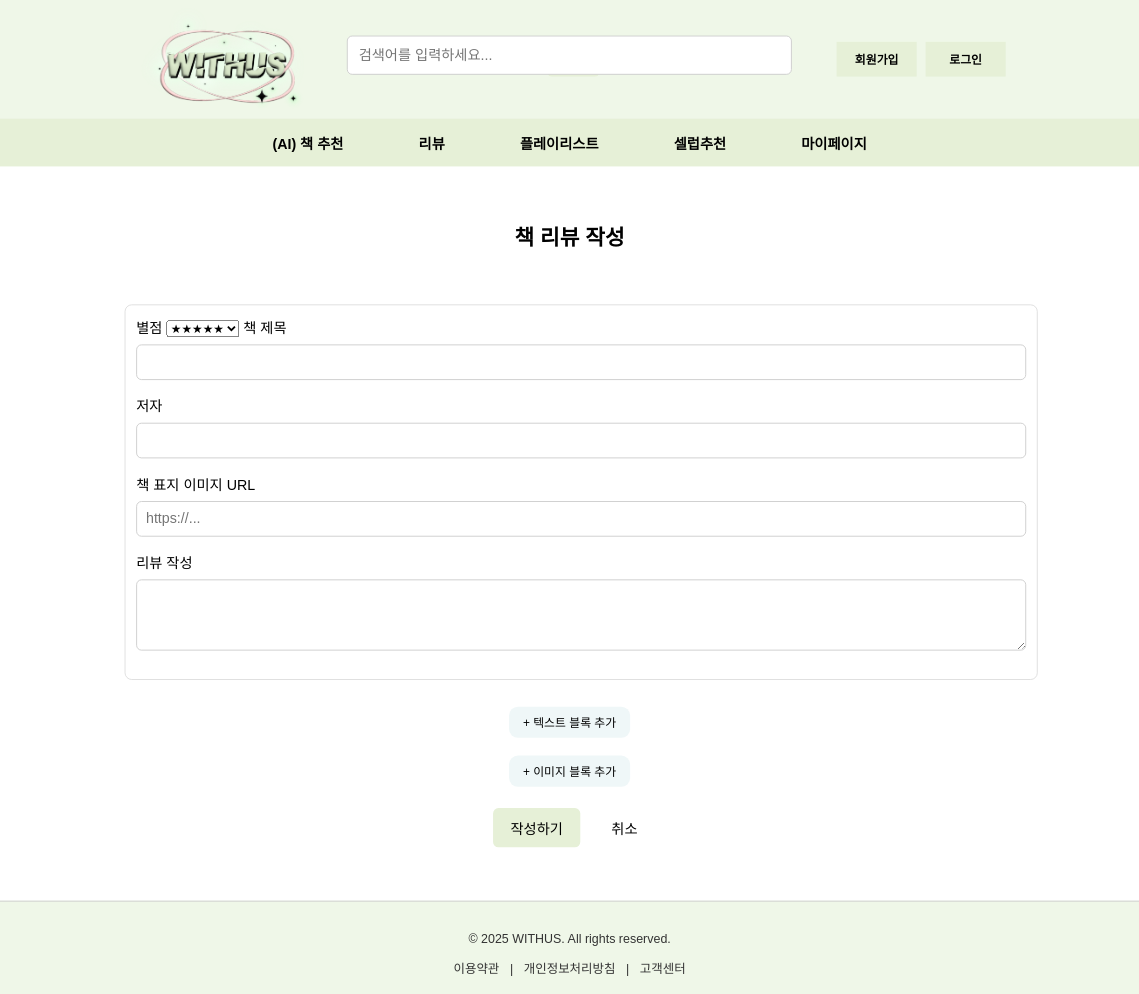
Repository: book-recommendation-team/book_recommendation_web_project
Page: http://localhost/2025_teamproject/reviewForm.jsp
These files come from the project's save history. The page is drawn as it stood at one moment and after the next save; the edit follows.
The browser window is 1280 px wide. The pictures show the whole page, at 89% of full size.
The page is served by Tomcat 9. Other server files are loaded and not shown.

Above is the page before, as saved 2025-07-04 03:37:11.

### 2025_teamproject/src/main/webapp/reviewForm.jsp
<%@ page contentType="text/html; charset=UTF-8" language="java"%>
<!DOCTYPE html>
<html>
<link rel="stylesheet"
	href="https://cdnjs.cloudflare.com/ajax/libs/font-awesome/6.5.0/css/all.min.css" />
<link rel="stylesheet" href="./css/celebList.css" />
<%@ include file="css/main_css.jsp"%>
<%@ include file="./main2.jsp"%>
<link rel="icon" href="img/icon2.png" type="image/x-icon">
<head>
<title>리뷰 작성</title>
<style>
body {
	font-family: 'Arial', sans-serif;
	margin: 0;
	padding: 0;
	background-color: #fff;
}

.container {
	max-width: 1000px;
	margin: 30px auto;
	padding: 0 16px;
}

h2 {
	text-align: center;
	margin: 60px;
}

input[type="text"], input[type="file"], textarea {
	box-sizing: border-box;
	width: 100%;
	padding: 10px;
	margin-top: 8px;
	margin-bottom: 16px;
	border: 1px solid #ccc;
	border-radius: 6px;
	font-size: 1rem;
}

.editor-block {
	width: 100%;
	border: 1px solid #ddd;
	padding: 12px;
	border-radius: 8px;
	margin-bottom: 12px;
	background-color: #fff;
}

.editor-block textarea {
	resize: vertical;
	min-height: 80px;
}

.editor-block input[type="file"] {
	background-color: #f4f4f4;
}

.button-box {
	text-align: center;
	margin-top: 24px;
}

.button-box button {
	padding: 10px 20px;
	font-size: 1rem;
	border: none;
	border-radius: 6px;
	margin-left: 10px;
	cursor: pointer;
}

.submit-btn {
	background-color: #e6f0d7;
	color: black;
}

.cancel-btn {
	background-color: #fff;
	color: black;
}

.add-block-btn {
	display: block;
	margin: 0 auto 20px;
	padding: 8px 16px;
	border-radius: 10px;
	background-color: #eff7f8;
	color: black;
	border: none;
	cursor: pointer;
}
</style>
</head>
<body>
	<div class="container">
		<h2>책 리뷰 작성</h2>
		<form action="submitReview" method="post"
			enctype="multipart/form-data">
			<div id="editor-area">
				<div class="editor-block">
					<label>별점</label> <select name="rating" required>
						<option value="5">★★★★★</option>
						<option value="4">★★★★☆</option>
						<option value="3">★★★☆☆</option>
						<option value="2">★★☆☆☆</option>
						<option value="1">★☆☆☆☆</option>
					</select>
					<label>책 제목</label> <input type="text" name="title" required>
					<label>저자</label> <input type="text" name="author" required>
					<label>책 표지 이미지 URL</label> <input type="text" name="coverImageUrl"
						placeholder="https://..." required> <label>리뷰 작성</label>
					<textarea name="reviewText" required></textarea>
				</div>
			</div>
		</form>
	</div>


	<!-- 블록 추가 버튼 -->
	<div style="text-align: center; margin-bottom: 20px;">
		<button type="button" class="add-block-btn"
			onclick="addEditorBlock('text')">+ 텍스트 블록 추가</button>
		<button type="button" class="add-block-btn"
			onclick="addEditorBlock('image')">+ 이미지 블록 추가</button>
	</div>

	<div class="button-box">
		<button type="submit" class="submit-btn">작성하기</button>
		<button type="button" class="cancel-btn" onclick="history.back()">취소</button>
	</div>
	</form>
	</div>

	<footer>
		<div class="footer-container">
			<p>&copy; 2025 WITHUS. All rights reserved.</p>
			<div class="footer-links">
				<a href="#">이용약관</a> | <a href="#">개인정보처리방침</a> | <a href="#">고객센터</a>
			</div>
		</div>
	</footer>

	<script>
	let blockCount = 1;

	function addEditorBlock(type) {
		blockCount++;
		const editorArea = document.getElementById("editor-area");

		const blockDiv = document.createElement("div");
		blockDiv.className = "editor-block";

		if (type === "text") {
			blockDiv.innerHTML = `
				<label>텍스트 입력</label>
				<textarea name="contentBlock${blockCount}_text"></textarea>
			`;
		} else if (type === "image") {
			blockDiv.innerHTML = `
				<label>이미지 업로드</label>
				<input type="file" name="contentBlock${blockCount}_image" accept="image/*">
			`;
		} else {
			alert("알 수 없는 블록 타입입니다.");
			return;
		}

		editorArea.appendChild(blockDiv);
	}
	</script>
</body>
</html>

### 2025_teamproject/src/main/webapp/css/main_css.jsp
<%@ page language="java" contentType="text/html; charset=UTF-8"
    pageEncoding="UTF-8"%>
<!DOCTYPE html>
<style>
  /* 기본 스타일 (기존 유지) */
body {
    font-family: 'Arial', sans-serif;
    margin: 0;
    padding: 0;
    background-color: #fff;
}

header {
    display: flex;
    justify-content: space-between;
    align-items: center;
    background-color: #eff7e8;
    padding: 0px;
}

#logo img {
    width: 200px;
    height: auto;
    margin-left: 150px;
}

#logo a img {
    cursor: pointer;
}

#search-box {
    padding: 12px;
    width: 500px;
    border: 1px solid #ccc;
    position: absolute;
    left: 50%;
    transform: translateX(-50%);
}

.search-group {
    position: absolute;
    left: 50%;
    transform: translateX(-50%);
    display: flex;
    align-items: center;
}

#search-btn {
    background-color: #e6f0d7;
    border: none;
    padding: 10px 16px;
    margin-left: 8px;
    font-weight: bold;
    cursor: pointer;
    border-radius: 4px;
}

#search-btn:hover {
    background-color: #cce0b8;
}

#logout-btn,
#user-buttons button {
    background-color: #e6f0d7;
    border: none;
    padding: 10px 16px;
    cursor: pointer;
    width: 90px;
    font-weight: bold;
}

nav {
    background-color: #e6f0d7;
    text-align: center;
    padding: 15px 0;
}

nav a {
    text-decoration: none;
    margin: 0 40px;
    color: #000;
    font-weight: bold;
}

nav a:hover {
    text-decoration: underline;
}

#user-buttons {
    display: flex;
    gap: 10px;
    margin-right: 150px;
}

.banner {
    position: relative;
    width: 100%;
    height: 650px;
    overflow: hidden;
      background-color: transparent;
}

.banner img {
    position: absolute;
    top: 0;
    left: 0;
    width: 100%;
    height: 100%;
    object-fit: cover;
    object-position: center center;
    z-index: 1;
}

.banner-controls {
    position: absolute;
    bottom: 10px;
    right: 10px;
    z-index: 3;
    display: flex;
    gap: 6px;
}

.banner-controls button {
    background-color: rgba(255, 193, 7, 0.9);
    border: none;
    padding: 6px 8px;
    font-size: 14px;
    border-radius: 5px;
    cursor: pointer;
    color: #000;
    transition: background-color 0.3s ease;
}

.banner-controls button:hover {
    background-color: rgba(255, 160, 0, 0.95);
}

.section-title {
    background-color: #e6f0d7;
    display: flex;
    justify-content: center;
    flex-wrap: wrap;
    gap: 34px;
    padding: 18px 0;
     width: 100%;        /* ✅ 추가 */
    margin: 8px 0;      /* ✅ 가운데 정렬 제거 */
}

.section-title a {
    text-decoration: none;
    margin: 0 20px;
    color: #000;
    font-weight: bold;
}

.section-title a:hover {
    text-decoration: underline;
}

.main_list {
    padding: 20px;
    text-align: center;
}

 .tag-list {
    display: flex;
    justify-content: center;
    flex-wrap: wrap;
    gap: 12px;
    margin: 20px 0;
}

.tag-button {
    background-color: #e6f0d7; /* 기본 연그린 */
    border: 1px solid transparent;
    padding: 8px 16px;
    border-radius: 20px;
    font-size: 14px;
    color: #446b3c; /* 그린 계열 텍스트 */
    cursor: pointer;
    font-weight: 600;
    transition: background-color 0.3s, color 0.3s, border 0.3s;
    outline: none;
}

.tag-button:hover {
    background-color: #d0e6c5;             /* hover 시 약간 더 진한 그린 */
    color: #2e4f25;
}

.tag-button.active {
    background-color: #c0dab0;             /* 클릭됐을 때 조금 더 강조 */
    border: 1px solid #8cb78a;             /* 테두리도 자연스러운 초록 */
    color: #2e4f25;                        /* 글자도 어울리는 진한 그린 */
}

.tag-button:focus {
    outline: none;
    box-shadow: none;
}

/* 책 슬라이더 스타일 */
.book-carousel {
    position: relative;
    max-width: 1000px;
    margin: 0 auto 40px auto;
    overflow: hidden;
}

.carousel-window {
    width: 1000px;
    overflow: hidden;
    margin: 0 auto;
}

.carousel-track {
    display: flex;
    transition: transform 0.5s ease;
}

/* 이전/다음 버튼 - 위치 고정, 색상 조정 */
.carousel-btn {
    position: absolute;
    top: 50%;
    transform: translateY(-50%);
    font-size: 26px;
    background-color: #f3f8ef;
    border: none;
    color: #444;
    cursor: pointer;
    padding: 8px 12px;
    border-radius: 50%;
    z-index: 2;
    display: flex;
    align-items: center;
    justify-content: center;
    transition: background-color 0.3s, color 0.3s;
    user-select: none;
}

.carousel-btn:hover {
    background-color: #c8dfb5;
    color: #000;
}

.carousel-btn.prev {
    left: 10px;
}

.carousel-btn.next {
    right: 10px;
}

.book-item {
    flex: 0 0 25%;
    text-align: center;
    padding: 10px;
    box-sizing: border-box;
}

.book-item img {
    width: 180px;
    height: 260px;
    object-fit: cover;
    border-radius: 6px;
}

.book-info {
    margin-top: 8px;
}

.book-title {
    font-size: 14px;
    font-weight: bold;
    margin-top: 10px;
    color: #444;
}

.book-author {
    font-size: 12px;
    color: #666;
}

footer {
    background-color: #eff7e8;
    color: #333;
    padding: 20px 0;
    text-align: center;
    font-size: 14px;
    border-top: 1px solid #ccc;
    margin-top: 60px;
}

.footer-container {
    max-width: 1000px;
    margin: 0 auto;
}

.footer-links a {
    color: #333;
    text-decoration: none;
    margin: 0 8px;
}

.footer-links a:hover {
    text-decoration: underline;
}

 /* 이전/다음 버튼 스타일 */
#carousel-prev-btn, #carousel-next-btn {
    font-size: 18px;
    padding: 5px 12px;
    margin: 10px 5px 20px 5px;
    cursor: pointer;
    border: 1px solid #446b3c;
    background: white;
    color: #446b3c;
    border-radius: 4px;
}
#carousel-prev-btn:hover, #carousel-next-btn:hover {
    background-color: #446b3c;
    color: white;
}
#scrollToTopBtn {
  position: fixed;
  bottom: 150px;
  right: 40px;
  width: 66px; /* 이미지와 딱 맞게 약간 키움 */
  height: 66px;
  background-color: transparent;
  border: none;
  border-radius: 0;
  transform: rotate(45deg);
  box-shadow: 0 4px 8px rgba(0, 0, 0, 0.15); /* 그림자 더 작고 약하게 */
  cursor: pointer;
  display: flex;
  justify-content: center;
  align-items: center;
  z-index: 999;
  transition: all 0.3s ease;
  backdrop-filter: blur(10px);
  padding: 0;
  margin-top: 0px; /* margin-top 제거 또는 0으로 */
}

#scrollToTopBtn img {
  width: 100%;
  height: 100%;
  object-fit: contain;
  transform: rotate(-45deg);
  display: block;
  transition: transform 0.3s ease;
  position: relative;
  top: 0;
  left: 0;
}

#scrollToTopBtn:hover {
  transform: rotate(45deg) translateY(2px); /* 움직임도 줄임 */
  box-shadow: 0 6px 10px rgba(0, 0, 0, 0.2); /* 호버시 그림자도 작게 */
}

#scrollToTopBtn:hover img {
  transform: scale(1.05) rotate(-45deg);
}

</style>

### 2025_teamproject/src/main/webapp/main2.jsp
<%@ page language="java" contentType="text/html; charset=UTF-8" pageEncoding="UTF-8"%>
<!DOCTYPE html>
<html>
<head>
    <meta charset="UTF-8">
    <title>WITHUS</title>
    <%@ include file="css/main_css.jsp" %>
    <link rel="icon" href="img/icon2.png" type="image/x-icon">
</head>

<script src="https://cdn.jsdelivr.net/npm/swiper@11/swiper-bundle.min.js"></script>

<body>
<header>
 <div id="logo">
  <a href="main.jsp">
    <img src="img/logo.png" alt="로고">
  </a>
</div>

  <div class="search-group">
    <input type="text" id="search-box" placeholder="검색어를 입력하세요..." />
    <button id="search-btn">검색</button>
  </div>
  <div id="user-buttons">
    <button id="join-btn" onclick="location.href='join.jsp'">회원가입</button>
    <button id="login-btn" onclick="location.href='Login.jsp'">로그인</button>
  </div>
</header>

	<nav>
		<a href="#">(AI) 책 추천</a> <a
			href="${pageContext.request.contextPath}/reviewList">리뷰</a> <a
			href="#">플레이리스트</a> <a
			href="${pageContext.request.contextPath}/celebList">셀럽추천</a> <a
			href="#">마이페이지</a>
	</nav>
</body>
</html>

### 2025_teamproject/src/main/webapp/css/celebList.css
@charset "UTF-8";

body {
	font-family: 'Arial', sans-serif;
	margin: 0;
	padding : 0;
	background-color: #fff;
	padding: 0;
}

.container {
	max-width: 1200px;
	margin: 30px auto;
}

.grid {
	display: grid;
	grid-template-columns: repeat(auto-fill, minmax(220px, 1fr));
	gap: 30px;
}

.card {
	margin-top: 20px;
	position: relative;
	background-color: #fff;
	border-radius: 5px;
	overflow: hidden;
	box-shadow: 0 4px 10px rgba(0, 0, 0, 0.08);
	transition: transform 0.2s ease;
	text-decoration: none;
	color: #000;
}

.card:hover {
	transform: translateY(-2px);
}

.card img {
	width: 100%;
	height: 260px;
	object-fit: cover;
}

.card-content {
	padding: 12px 14px;
}

.card-title {
	font-size: 1rem;
	font-weight: bold;
	margin-bottom: 5px;
}

.card-desc {
	font-size: 0.875rem;
	color: #555;
	line-height: 1.4;
	height: 2.6em;
	overflow: hidden;
	text-overflow: ellipsis;
}

/* 북마크 아이콘 */
.bookmark-icon {
	position: absolute;
	top: 12px;
	right: 12px;
	font-size: 1.2rem;
	color: rgba(255, 255, 255, 0.5);
	padding: 6px;
	border-radius: 50%;
	transition: color 0.2s ease;
}

.bookmark-icon:hover {
	color: #fff;
}

#topBtn {
	position: fixed;
	bottom: 40px;
	right: 40px;
	z-index: 9999;
	background-color: white;
	color: gray;
	border: none;
	border-radius: 50%;
	padding: 16px 18px;
	cursor: pointer;
	box-shadow: 0 8px 8px rgba(0,0,0,0.4);
	font-size: 1.5rem;
}

After the next save:
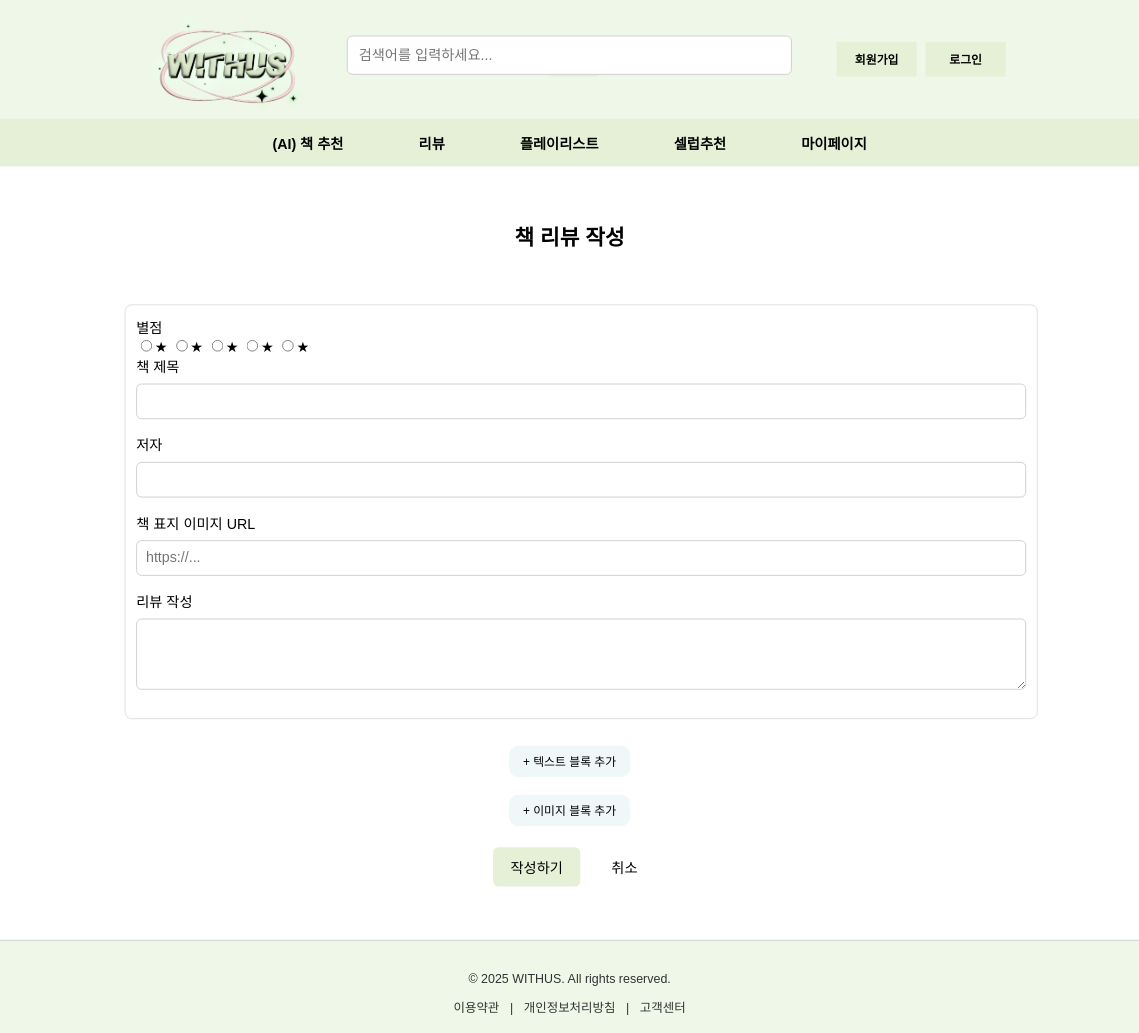
Saved 116 s later.
--- a/2025_teamproject/src/main/webapp/reviewForm.jsp
+++ b/2025_teamproject/src/main/webapp/reviewForm.jsp
@@ -100,13 +100,17 @@ input[type="text"], input[type="file"], textarea {
 			enctype="multipart/form-data">
 			<div id="editor-area">
 				<div class="editor-block">
-					<label>별점</label> <select name="rating" required>
-						<option value="5">★★★★★</option>
-						<option value="4">★★★★☆</option>
-						<option value="3">★★★☆☆</option>
-						<option value="2">★★☆☆☆</option>
-						<option value="1">★☆☆☆☆</option>
-					</select>
+					<label>별점</label>
+					<div class="rating-stars">
+						<input type="radio" id="star5" name="rating" value="5"><label
+							for="star5">★</label> <input type="radio" id="star4"
+							name="rating" value="4"><label for="star4">★</label> <input
+							type="radio" id="star3" name="rating" value="3"><label
+							for="star3">★</label> <input type="radio" id="star2"
+							name="rating" value="2"><label for="star2">★</label> <input
+							type="radio" id="star1" name="rating" value="1"><label
+							for="star1">★</label>
+					</div>
 					<label>책 제목</label> <input type="text" name="title" required>
 					<label>저자</label> <input type="text" name="author" required>
 					<label>책 표지 이미지 URL</label> <input type="text" name="coverImageUrl"
